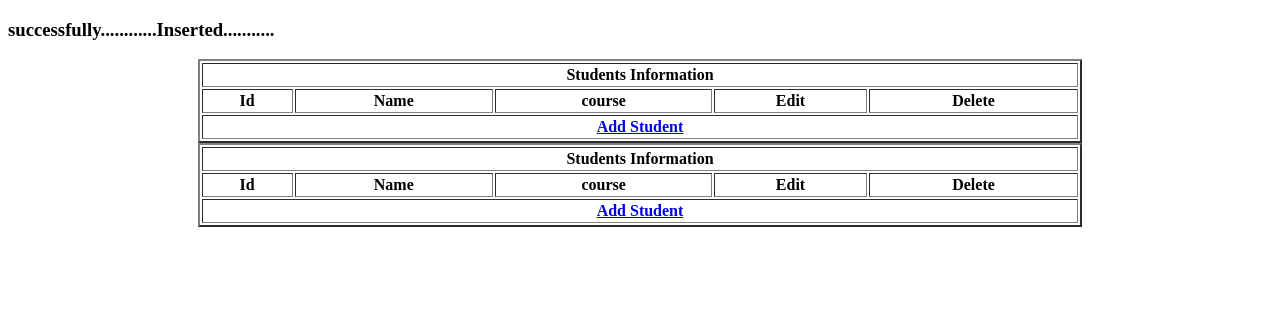
Repository: RameshMamidipelly/springMvc
Page: http://localhost/MVCcurd/WEB-INF/jsp/results.jsp
The author's editor kept a copy of each file at every save. The page is drawn from the files as they stood at one save, then again after the next save.
The browser window is 1280 px wide. The pictures show the whole page.
The page is served by Tomcat 9. Nobody is signed in. Other server files are loaded and not shown. The template is opened directly, without the code that normally fills it, so the values that code supplies are empty.

Above is the page before, as saved 2020-03-05 17:55:53.

### MVCcurd/src/main/webapp/WEB-INF/jsp/results.jsp
<%@ page language="java" contentType="text/html; charset=ISO-8859-1"
    pageEncoding="ISO-8859-1"%>
<!DOCTYPE html PUBLIC "-//W3C//DTD HTML 4.01 Transitional//EN" "http://www.w3.org/TR/html4/loose.dtd">
<html>
<head>
<meta http-equiv="Content-Type" content="text/html; charset=ISO-8859-1">
<title>Insert title here</title>
</head>
<body>
<h3>successfully............Inserted...........</h3>
<jsp:include page="result.jsp"/>
<%@include file="result.jsp" %>
</body>
</html>

### MVCcurd/src/main/webapp/WEB-INF/jsp/result.jsp
<%@ page language="java" contentType="text/html; charset=ISO-8859-1"
    pageEncoding="ISO-8859-1" isELIgnored="false"%>
    <%@ taglib prefix="c" uri="http://java.sun.com/jsp/jstl/core"  %>
<!DOCTYPE html PUBLIC "-//W3C//DTD HTML 4.01 Transitional//EN" "http://www.w3.org/TR/html4/loose.dtd">
<html>
<head>
<meta http-equiv="Content-Type" content="text/html; charset=ISO-8859-1">
<title>Insert title here</title>
</head>
<body>
<table  border="2" align="center" width="70%" cellpadding="2">
<tr><th  colspan="5"><b>Students Information</b></th></tr>
<tr>
<th>Id</th>
<th>Name</th>
<th>course</th>
<th>Edit</th>
<th>Delete</th>
</tr>
<c:forEach var="ls" items="${stu}">
<tr align="center">
<td>${ls.id}</td>
<td>${ls.name}</td>
<td>${ls.course}</td>
<td><a href="./edit/${ls.id}">edit</a></td>
<td><a href="./delete/${ls.id}">delete</a></td>
</tr>
</c:forEach>
<tr><th  colspan="5"><a href="./insertpage"><b>Add Student</b></a></th></tr>
</table>
</body>
</html>

After the next save:
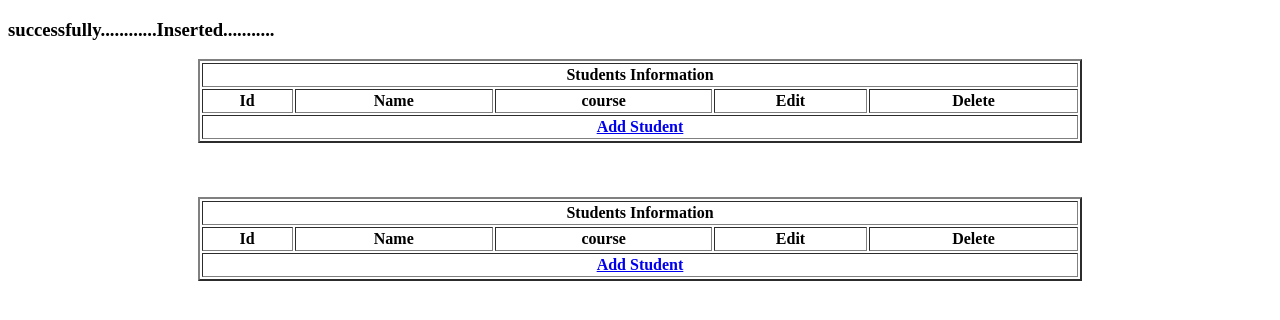
Saved 33 s later.
--- a/MVCcurd/src/main/webapp/WEB-INF/jsp/results.jsp
+++ b/MVCcurd/src/main/webapp/WEB-INF/jsp/results.jsp
@@ -9,6 +9,7 @@
 <body>
 <h3>successfully............Inserted...........</h3>
 <jsp:include page="result.jsp"/>
+<br/><br/><br/>
 <%@include file="result.jsp" %>
 </body>
 </html>
